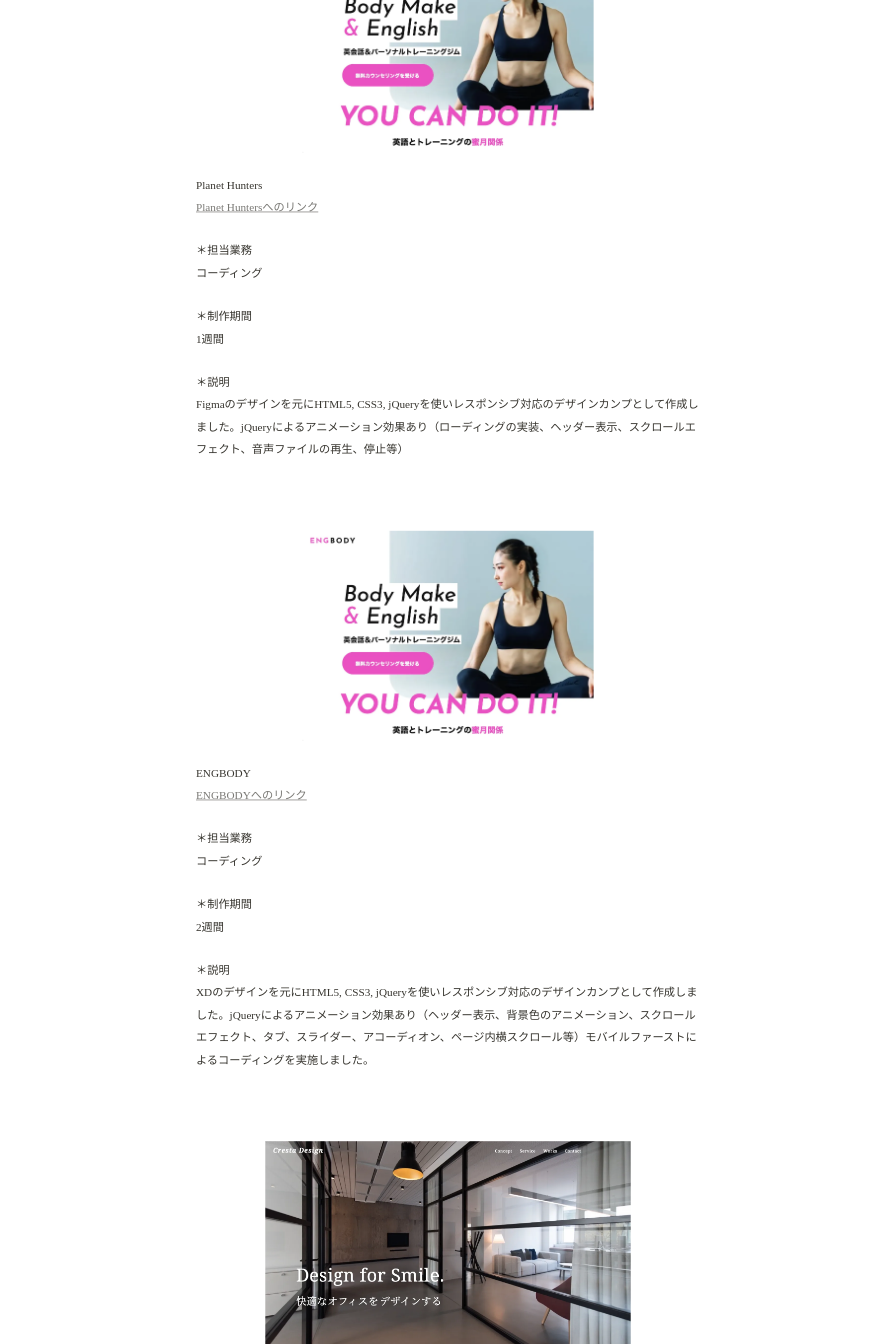
Repository: tetishi/my-portfolio
Page: index.html
The author's editor kept a copy of each file at every save. The page is drawn from the files as they stood at one save, then again after the next save.
The browser window is 1280 px wide. The pictures show the part of the page from y = 655 to 2575 px (the page is 7357 px tall before and 7341 px after), at 70% of full size.
The style sheet was rebuilt from its Sass, Less or Tailwind sources for each picture, by a compiler version that may differ from the author's.

Above is the page before, as saved 2023-09-01 13:20:22.

After the next save:
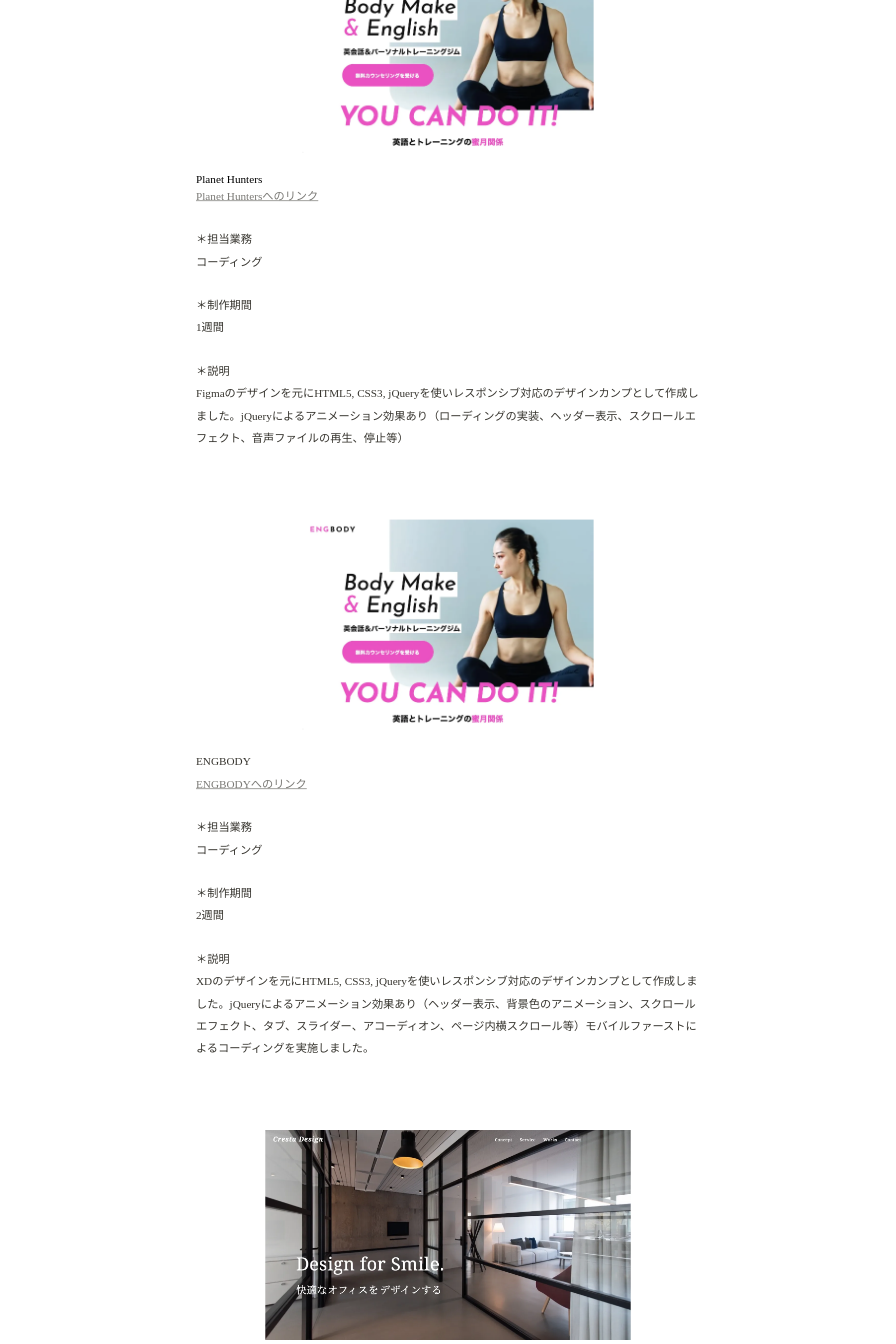
Saved 28 min 2 s later.
--- a/index.html
+++ b/index.html
@@ -43,7 +43,7 @@
                 <!-- サイトのイメージ写真を入れます -->
                 <picture>
                     <source srcset="img/engbody.webp" type="image/webp">
-                    <img src="img/engbody.png">
+                    <img src="img/>
                 </picture>
                 <!-- ここ記入 -->
                 <p class="work_tit">Planet Hunters</p>

After the 2 saves that followed:
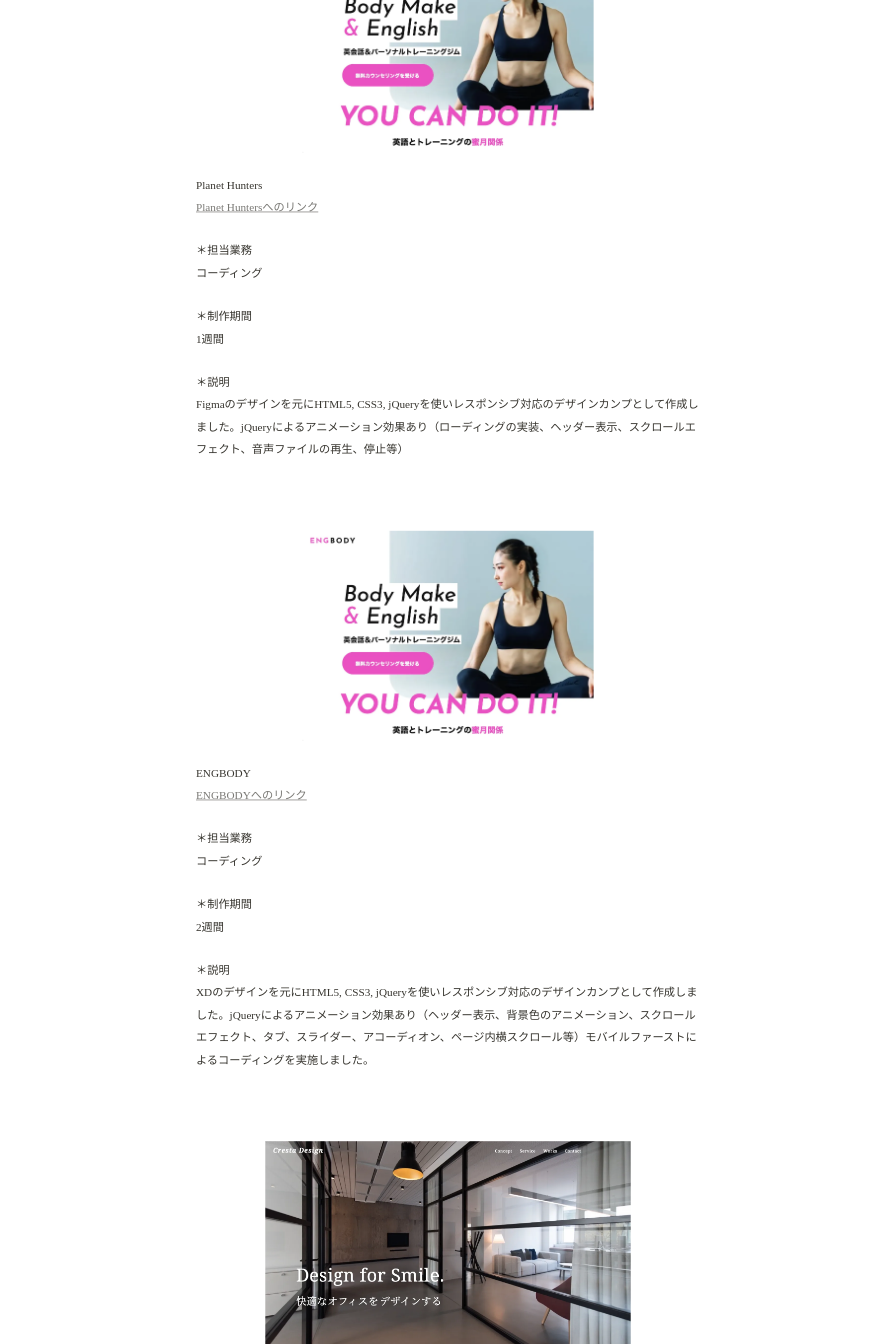
The 2 saves are shown as one change because 1 left the picture as it was.
The last was saved 10 s later.
--- a/index.html
+++ b/index.html
@@ -43,7 +43,7 @@
                 <!-- サイトのイメージ写真を入れます -->
                 <picture>
                     <source srcset="img/engbody.webp" type="image/webp">
-                    <img src="img/>
+                    <img src="img/engbody.png">
                 </picture>
                 <!-- ここ記入 -->
                 <p class="work_tit">Planet Hunters</p>
